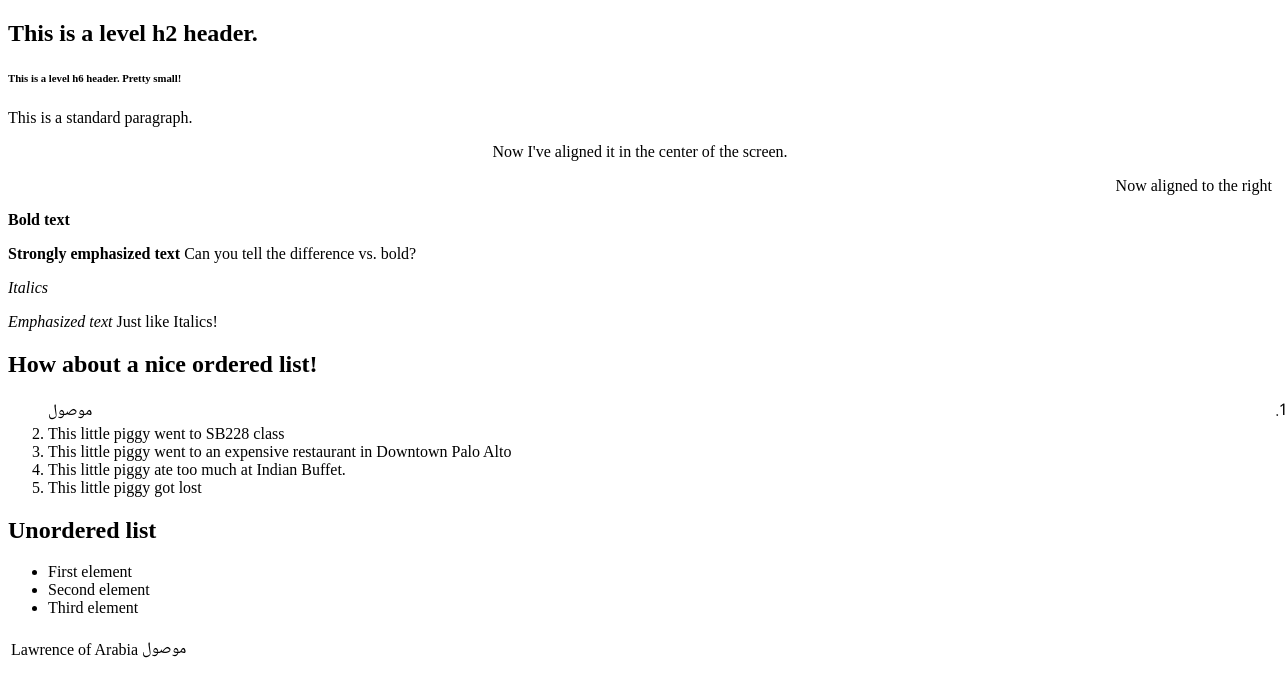
Repository: khanshakiil/ArabicHTMLToPDF
Page: HospitalFrontDesk/src/main/resources/html.html
These files come from the project's save history. The page is drawn as it stood at one moment and after the next save; the edit follows.
The browser window is 1280 px wide. The page is 1288 px wide, then 1280 px, so the pictures cover 1288 px, including what lies to the right of the window. The pictures show the whole page.

Above is the page before, as saved 2020-03-05 19:23:13.

After the next save:
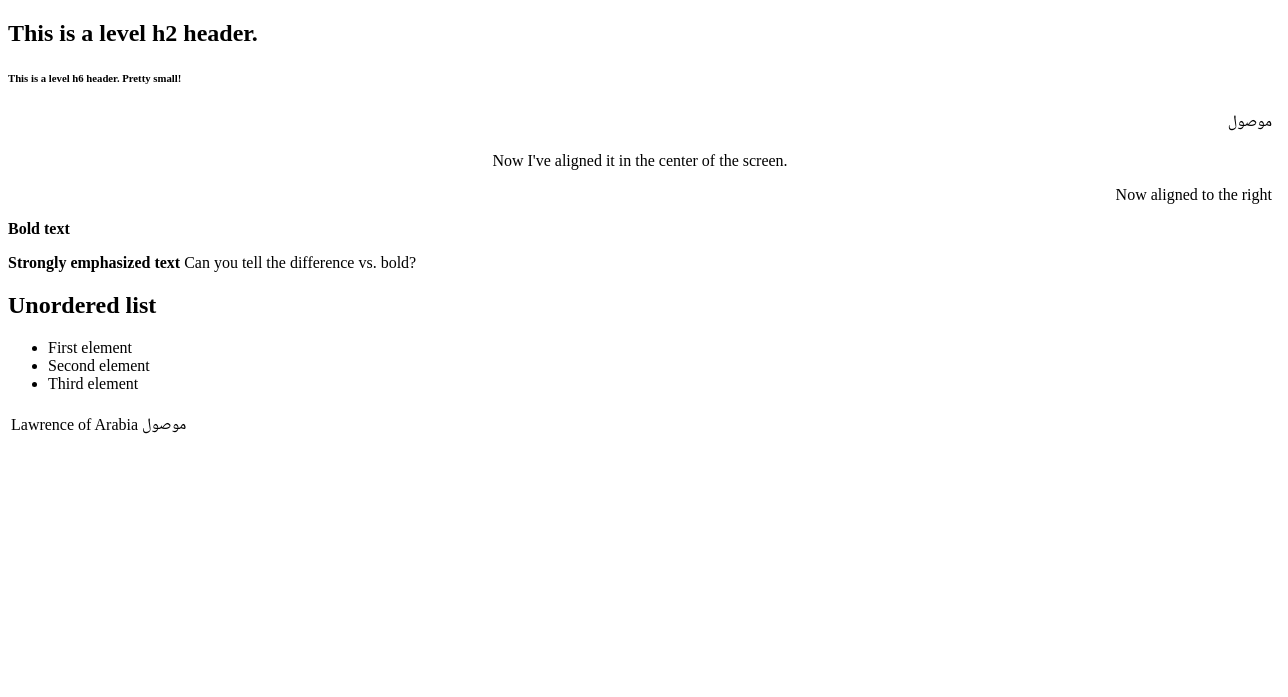
Saved 33 s later.
--- a/HospitalFrontDesk/src/main/resources/html.html
+++ b/HospitalFrontDesk/src/main/resources/html.html
@@ -12,7 +12,7 @@
 
 <h6>This is a level h6 header.  Pretty small!</h6>
 
-<p>This is a standard paragraph.</p>
+<p dir="rtl" style="font-family: Noto Naskh Arabic">موصول</p>
 
 <p align=center>Now I've aligned it in the center of the screen.</p>
 
@@ -22,18 +22,6 @@
 
 <p><strong>Strongly emphasized text</strong>  Can you tell the difference vs. bold?</p>
 
-<p><i>Italics</i></p>
-
-<p><em>Emphasized text</em>  Just like Italics!</p>
-
-<h2>How about a nice ordered list!</h2>
-<ol>
-  <li dir="rtl" style="font-family: Noto Naskh Arabic">موصول</li>
-  <li>This little piggy went to SB228 class</li>
-  <li>This little piggy went to an expensive restaurant in Downtown Palo Alto</li>
-  <li>This little piggy ate too much at Indian Buffet.</li>
-  <li>This little piggy got lost</li>
-</ol>
 
 <h2>Unordered list</h2>
 <ul>
